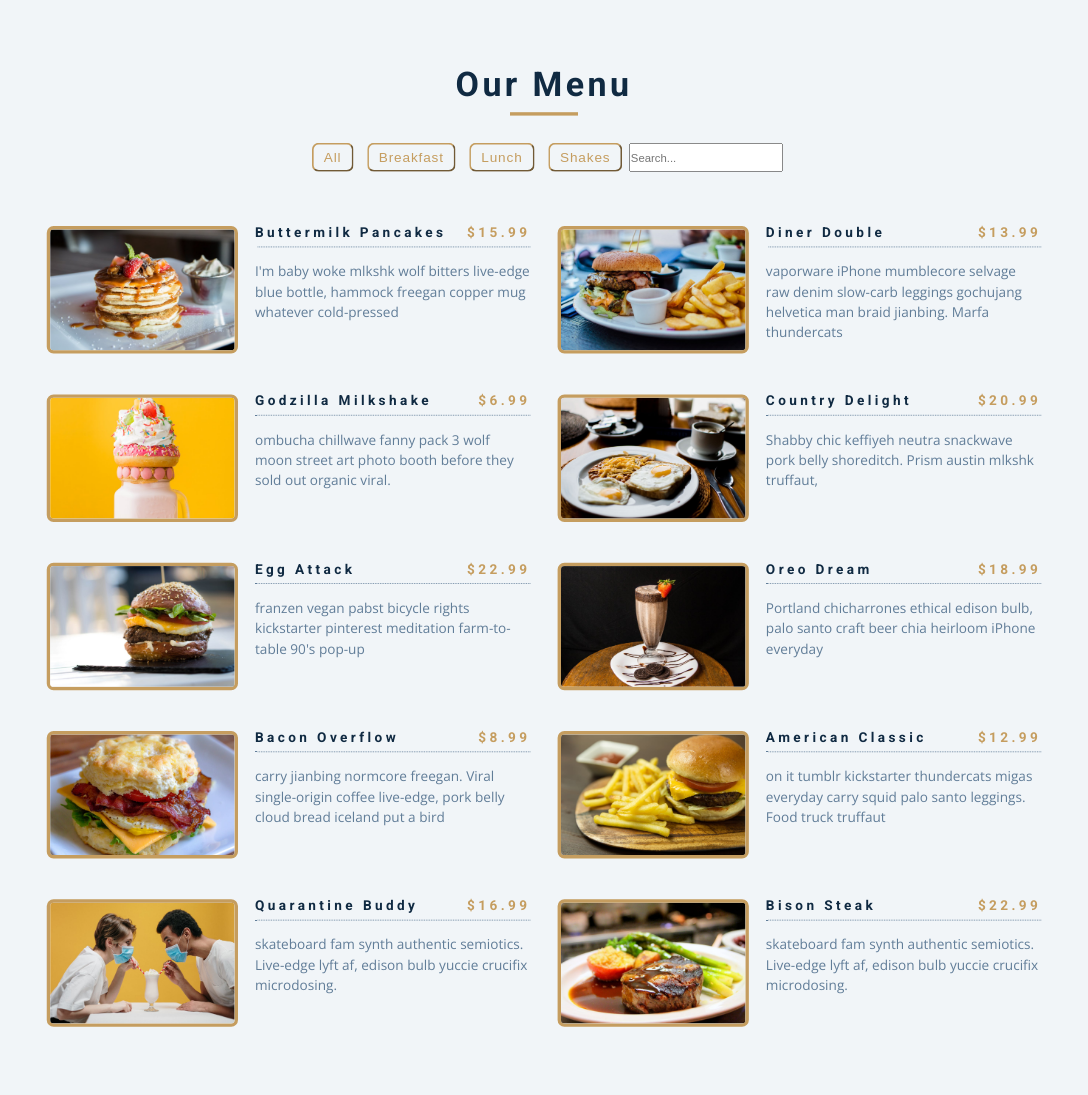
Repository: Seryozha02/MenuProject
Page: menuFilter/index.html
These files come from the project's save history. The page is drawn as it stood at one moment and after the next save; the edit follows.
The browser window is 1280 px wide. The pictures show the whole page, at 85% of full size.
Some web libraries are served in a nearby version.

Above is the page before, as saved 2022-02-17 23:52:12.

### menuFilter/index.html
<!DOCTYPE html>
<html lang="en">
  <head>
    <meta charset="UTF-8" />
    <meta name="viewport" content="width=device-width, initial-scale=1.0" />
    <title>Starter</title>
    <!-- font-awesome -->
    <link
      rel="stylesheet"
      href="https://cdnjs.cloudflare.com/ajax/libs/font-awesome/5.14.0/css/all.min.css"
    />
    <!-- styles -->
    <link rel="stylesheet" href="styles.css" />
  </head>
  <body>
    <section class="menu">
      <!-- title -->
      <div class="title">
        <h2>our menu</h2>
        <div class="underline"></div>
      </div>
      <!-- filter buttons -->
      <div class="btn-container">
        <button type="button" class="filter-btn" data-id="all">all</button>
          <button type="button" class="filter-btn" data-id="breakfast">
            breakfast
          </button>
          <button type="button" class="filter-btn" data-id="lunch">lunch</button>
          <button type="button" class="filter-btn" data-id="shakes">
            shakes
          </button>
          <input type="search" placeholder="Search..."/>
      </div>
      <!-- menu items -->
      <div class="section-center">

      </div>
    </section>
    <!-- javascript -->
    <script type="module" src="./app.js"></script>
  </body>
</html>

### menuFilter/styles.css
/*
===============
Fonts
===============
*/
@import url("https://fonts.googleapis.com/css?family=Open+Sans|Roboto:400,700&display=swap");

/*
===============
Variables
===============
*/

:root {
  /* dark shades of primary color*/
  --clr-primary-1: hsl(205, 86%, 17%);
  --clr-primary-2: hsl(205, 77%, 27%);
  --clr-primary-3: hsl(205, 72%, 37%);
  --clr-primary-4: hsl(205, 63%, 48%);
  /* primary/main color */
  --clr-primary-5: #49a6e9;
  /* lighter shades of primary color */
  --clr-primary-6: hsl(205, 89%, 70%);
  --clr-primary-7: hsl(205, 90%, 76%);
  --clr-primary-8: hsl(205, 86%, 81%);
  --clr-primary-9: hsl(205, 90%, 88%);
  --clr-primary-10: hsl(205, 100%, 96%);
  /* darkest grey - used for headings */
  --clr-grey-1: hsl(209, 61%, 16%);
  --clr-grey-2: hsl(211, 39%, 23%);
  --clr-grey-3: hsl(209, 34%, 30%);
  --clr-grey-4: hsl(209, 28%, 39%);
  /* grey used for paragraphs */
  --clr-grey-5: hsl(210, 22%, 49%);
  --clr-grey-6: hsl(209, 23%, 60%);
  --clr-grey-7: hsl(211, 27%, 70%);
  --clr-grey-8: hsl(210, 31%, 80%);
  --clr-grey-9: hsl(212, 33%, 89%);
  --clr-grey-10: hsl(210, 36%, 96%);
  --clr-white: #fff;
  --clr-red-dark: hsl(360, 67%, 44%);
  --clr-red-light: hsl(360, 71%, 66%);
  --clr-green-dark: hsl(125, 67%, 44%);
  --clr-green-light: hsl(125, 71%, 66%);
  --clr-gold: #c59d5f;
  --clr-black: #222;
  --ff-primary: "Roboto", sans-serif;
  --ff-secondary: "Open Sans", sans-serif;
  --transition: all 0.3s linear;
  --spacing: 0.25rem;
  --radius: 0.5rem;
  --light-shadow: 0 5px 15px rgba(0, 0, 0, 0.1);
  --dark-shadow: 0 5px 15px rgba(0, 0, 0, 0.2);
  --max-width: 1170px;
  --fixed-width: 620px;
}
/*
===============
Global Styles
===============
*/

*,
::after,
::before {
  margin: 0;
  padding: 0;
  box-sizing: border-box;
}
body {
  font-family: var(--ff-secondary);
  background: var(--clr-grey-10);
  color: var(--clr-grey-1);
  line-height: 1.5;
  font-size: 0.875rem;
}
ul {
  list-style-type: none;
}
a {
  text-decoration: none;
}
img:not(.logo) {
  width: 100%;
}
img {
  display: block;
}

h1,
h2,
h3,
h4 {
  letter-spacing: var(--spacing);
  text-transform: capitalize;
  line-height: 1.25;
  margin-bottom: 0.75rem;
  font-family: var(--ff-primary);
}
h1 {
  font-size: 3rem;
}
h2 {
  font-size: 2rem;
}
h3 {
  font-size: 1.25rem;
}
h4 {
  font-size: 0.875rem;
}
p {
  margin-bottom: 1.25rem;
  color: var(--clr-grey-5);
}
@media screen and (min-width: 800px) {
  h1 {
    font-size: 4rem;
  }
  h2 {
    font-size: 2.5rem;
  }
  h3 {
    font-size: 1.75rem;
  }
  h4 {
    font-size: 1rem;
  }
  body {
    font-size: 1rem;
  }
  h1,
  h2,
  h3,
  h4 {
    line-height: 1;
  }
}
/*  global classes */

.btn {
  text-transform: uppercase;
  background: transparent;
  color: var(--clr-black);
  padding: 0.375rem 0.75rem;
  letter-spacing: var(--spacing);
  display: inline-block;
  transition: var(--transition);
  font-size: 0.875rem;
  border: 2px solid var(--clr-black);
  cursor: pointer;
  box-shadow: 0 1px 3px rgba(0, 0, 0, 0.2);
  border-radius: var(--radius);
}
.btn:hover {
  color: var(--clr-white);
  background: var(--clr-black);
}
/* section */
.section {
  padding: 5rem 0;
}

main {
  min-height: 100vh;
  display: grid;
  place-items: center;
}
/*
===============
Menu
===============
*/

.menu {
  padding: 5rem 0;
}
.title {
  text-align: center;
  margin-bottom: 2rem;
}
.underline {
  width: 5rem;
  height: 0.25rem;
  background: var(--clr-gold);
  margin-left: auto;
  margin-right: auto;
}
.btn-container {
  margin-bottom: 4rem;
  display: flex;
  justify-content: center;
}
.filter-btn {
  background: transparent;
  border-color: var(--clr-gold);
  font-size: 1rem;
  text-transform: capitalize;
  margin: 0 0.5rem;
  letter-spacing: 1px;
  border-radius: var(--radius);
  padding: 0.375rem 0.75rem;
  color: var(--clr-gold);
  cursor: pointer;
  transition: var(--transition);
}
.filter-btn:hover {
  background: var(--clr-gold);
  color: var(--clr-white);
}
.section-center {
  width: 90vw;
  margin: 0 auto;
  max-width: 1170px;
  display: grid;
  gap: 3rem 2rem;
  justify-items: center;
}
.menu-item {
  display: grid;
  gap: 1rem 2rem;
  max-width: 25rem;
}
.photo {
  object-fit: cover;
  height: 200px;
  border: 0.25rem solid var(--clr-gold);
  border-radius: var(--radius);
}
.item-info header {
  display: flex;
  justify-content: space-between;
  border-bottom: 0.5px dotted var(--clr-grey-5);
}
.item-info h4 {
  margin-bottom: 0.5rem;
}
.price {
  color: var(--clr-gold);
}
.item-text {
  margin-bottom: 0;
  padding-top: 1rem;
}

@media screen and (min-width: 768px) {
  .menu-item {
    grid-template-columns: 225px 1fr;
    gap: 0 1.25rem;
    max-width: 40rem;
  }
  .photo {
    height: 175px;
  }
}
@media screen and (min-width: 1200px) {
  .section-center {
    width: 95vw;
    grid-template-columns: 1fr 1fr;
  }
  .photo {
    height: 150px;
  }
}

### menuFilter/app.js
import { menu } from "./data.js";

// get parent element
const sectionCenter = document.querySelector(".section-center");
const btnContainer = document.querySelector(".btn-container");
// display all items when page loads
window.addEventListener("DOMContentLoaded", function () {
  displayMenuItems(menu);
  displayMenuButtons();
});

function displayMenuItems(menuItems) {
  let displayMenu = menuItems.map(function (item) {
    // console.log(item);

    return `<article class="menu-item">
            <img src=${item.img} alt=${item.title} class="photo" />
            <div class="item-info">
              <header>
                <h4>${item.title}</h4>
                <h4 class="price">$${item.price}</h4>
              </header>
              <p class="item-text">
                ${item.desc}
              </p>
            </div>
          </article>`;
  });
  displayMenu = displayMenu.join("");
  // console.log(displayMenu);

  sectionCenter.innerHTML = displayMenu;
}

function displayMenuButtons() {
  //add display buttons here
}
const buttons = document.querySelectorAll(".filter-btn");
buttons.forEach(filterBtn  => {
  filterBtn.addEventListener("click", () => {
    const value = filterBtn.getAttribute("data-id");
    if(value === "all"){
      displayMenuItems(menu);
      return;
    }
    const filterArr = menu.filter(item => item.category === value);
    let card = filterArr.map(function(item){
      return `<article class="menu-item">
            <img src=${item.img} alt=${item.title} class="photo" />
            <div class="item-info">
              <header>
                <h4>${item.title}</h4>
                <h4 class="price">$${item.price}</h4>
              </header>
              <p class="item-text">
                ${item.desc}
              </p>
            </div>
          </article>`;
    }).join("");
    sectionCenter.innerHTML=card;
  })
})

### data.js
export const menu = [
  {
    id: 1,
    title: "buttermilk pancakes",
    category: "breakfast",
    price: 15.99,
    img: "./images/item-1.jpeg",
    desc: `I'm baby woke mlkshk wolf bitters live-edge blue bottle, hammock freegan copper mug whatever cold-pressed `,
  },
  {
    id: 2,
    title: "diner double",
    category: "lunch",
    price: 13.99,
    img: "./images/item-2.jpeg",
    desc: `vaporware iPhone mumblecore selvage raw denim slow-carb leggings gochujang helvetica man braid jianbing. Marfa thundercats `,
  },
  {
    id: 3,
    title: "godzilla milkshake",
    category: "shakes",
    price: 6.99,
    img: "./images/item-3.jpeg",
    desc: `ombucha chillwave fanny pack 3 wolf moon street art photo booth before they sold out organic viral.`,
  },
  {
    id: 4,
    title: "country delight",
    category: "breakfast",
    price: 20.99,
    img: "./images/item-4.jpeg",
    desc: `Shabby chic keffiyeh neutra snackwave pork belly shoreditch. Prism austin mlkshk truffaut, `,
  },
  {
    id: 5,
    title: "egg attack",
    category: "lunch",
    price: 22.99,
    img: "./images/item-5.jpeg",
    desc: `franzen vegan pabst bicycle rights kickstarter pinterest meditation farm-to-table 90's pop-up `,
  },
  {
    id: 6,
    title: "oreo dream",
    category: "shakes",
    price: 18.99,
    img: "./images/item-6.jpeg",
    desc: `Portland chicharrones ethical edison bulb, palo santo craft beer chia heirloom iPhone everyday`,
  },
  {
    id: 7,
    title: "bacon overflow",
    category: "breakfast",
    price: 8.99,
    img: "./images/item-7.jpeg",
    desc: `carry jianbing normcore freegan. Viral single-origin coffee live-edge, pork belly cloud bread iceland put a bird `,
  },
  {
    id: 8,
    title: "american classic",
    category: "lunch",
    price: 12.99,
    img: "./images/item-8.jpeg",
    desc: `on it tumblr kickstarter thundercats migas everyday carry squid palo santo leggings. Food truck truffaut  `,
  },
  {
    id: 9,
    title: "quarantine buddy",
    category: "shakes",
    price: 16.99,
    img: "./images/item-9.jpeg",
    desc: `skateboard fam synth authentic semiotics. Live-edge lyft af, edison bulb yuccie crucifix microdosing.`,
  },
  {
    id: 10,
    title: "bison steak",
    category: "dinner",
    price: 22.99,
    img: "./images/item-10.jpeg",
    desc: `skateboard fam synth authentic semiotics. Live-edge lyft af, edison bulb yuccie crucifix microdosing.`,
  },
];

After the next save:
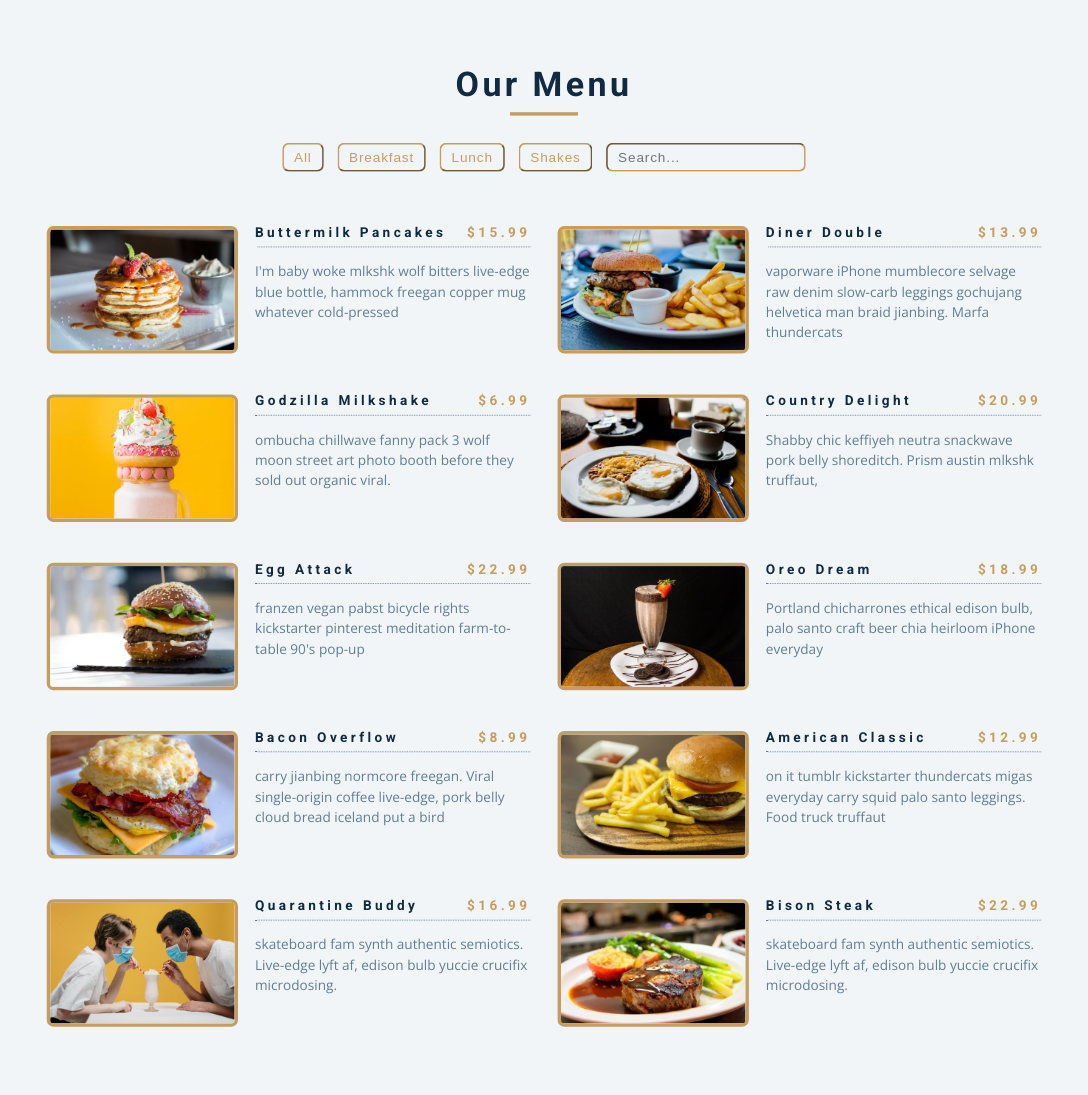
Saved 20 s later.
--- a/menuFilter/styles.css
+++ b/menuFilter/styles.css
@@ -156,6 +156,18 @@ p {
   color: var(--clr-white);
   background: var(--clr-black);
 }
+input{
+  background: transparent;
+  border-color: var(--clr-gold);
+  font-size: 1rem;
+  margin: 0 0.5rem;
+  letter-spacing: 1px;
+  border-radius: var(--radius);
+  padding: 0.375rem 0.75rem;
+  color: var(--clr-gold);
+  cursor: pointer;
+  transition: var(--transition);
+}
 /* section */
 .section {
   padding: 5rem 0;
